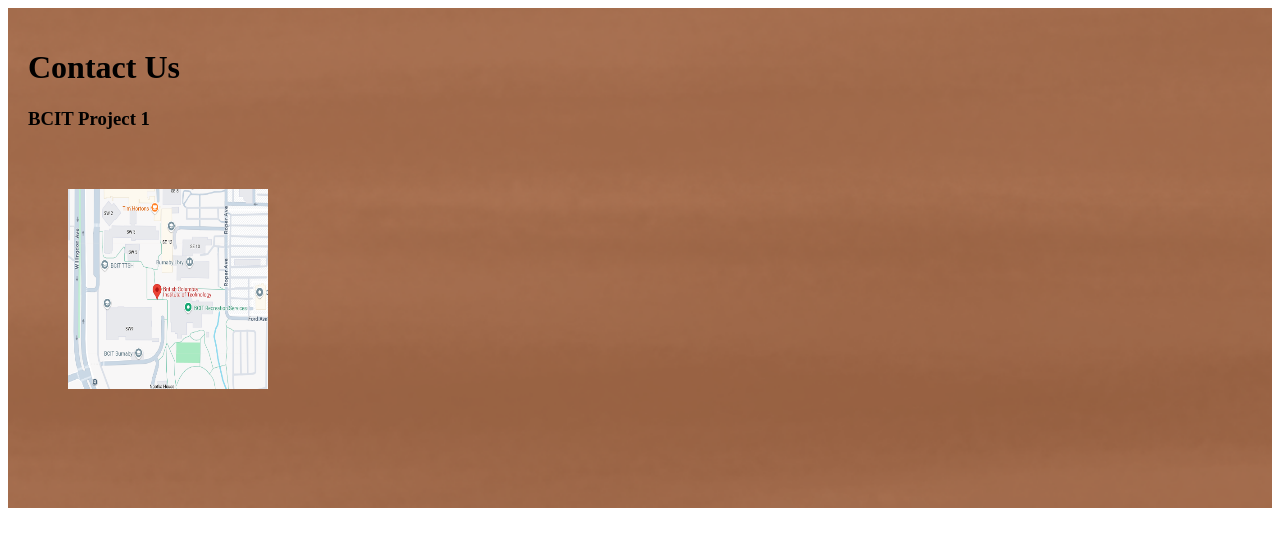
Repository: AlyssaHug/Bandit-Breakout
Page: index.html
An editor plug-in stored every save of this project. The page is shown before and after the next save, followed by the edit.
The browser window is 1280 px wide. The pictures show the whole page.
Some web fonts or font styles are not loaded; a fallback is used.

Above is the page before, as saved 2025-05-06 22:59:48.

After the next save:
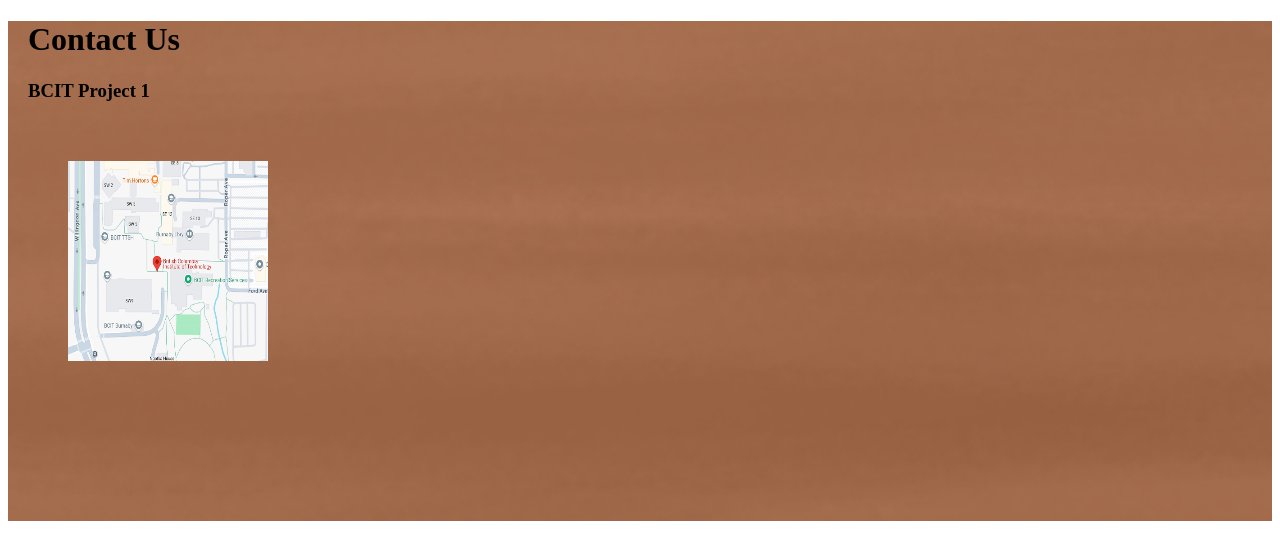
Saved 7 s later.
--- a/styles.css
+++ b/styles.css
@@ -26,7 +26,7 @@
     padding: 40px;
 }
 .Contact-us {
-    padding: 20px;
+    padding-left: 20px;
 }
 footer {
     background-image: url("img/board.png");
